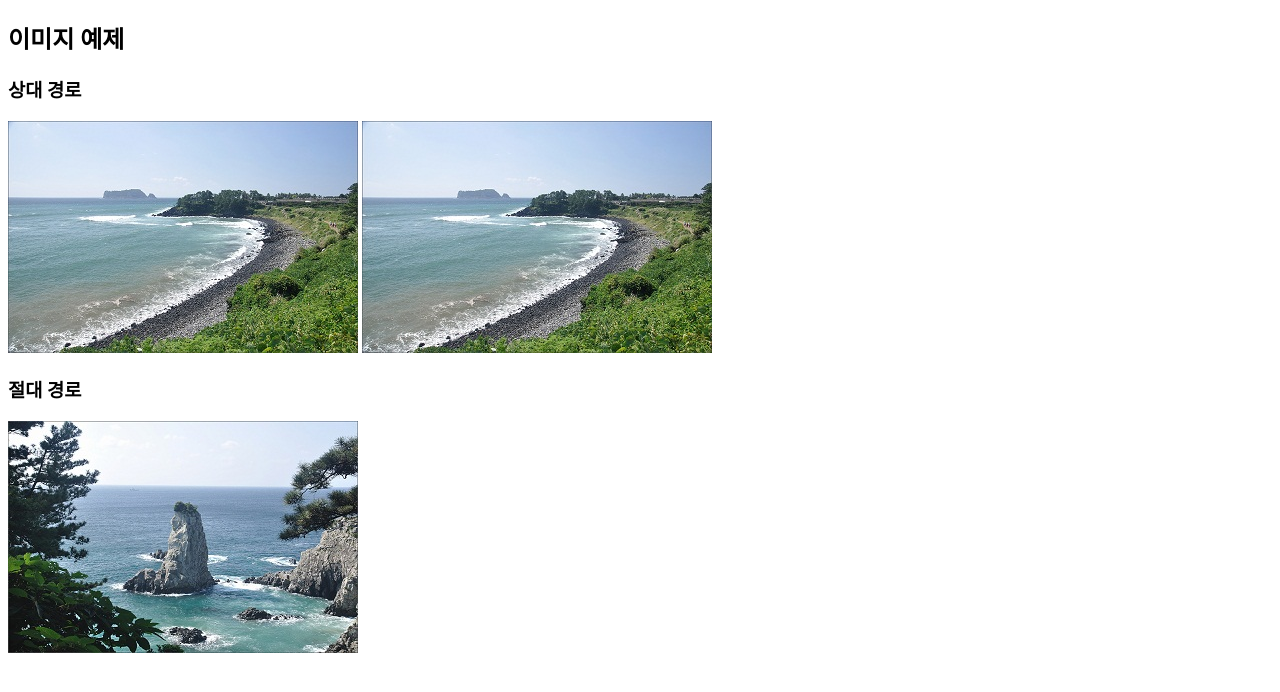
Repository: angelSuho/KCC_Learning_Repo
Page: Html/WebContent/1번폴더/image2.html
An editor plug-in stored every save of this project. The page is shown before and after the next save, followed by the edit.
The browser window is 1280 px wide. The pictures show the whole page.

Above is the page before, as saved 2024-07-08 03:17:19.

### Html/WebContent/1번폴더/image2.html
<!DOCTYPE html>
<html>
<head>
<meta charset="UTF-8">
<title>Insert title here</title>
</head>
<body>
	<h2>이미지 예제</h2>
	<h3>상대 경로</h3>
	<img src="images/road1.jpg" alt=""/>
	<img src="../images/road1.jpg" alt=""/>
	<h3>절대 경로</h3>
	<img src="/Html/images/road2.jpg" alt=""/>
</body>
</html>

After the next save:
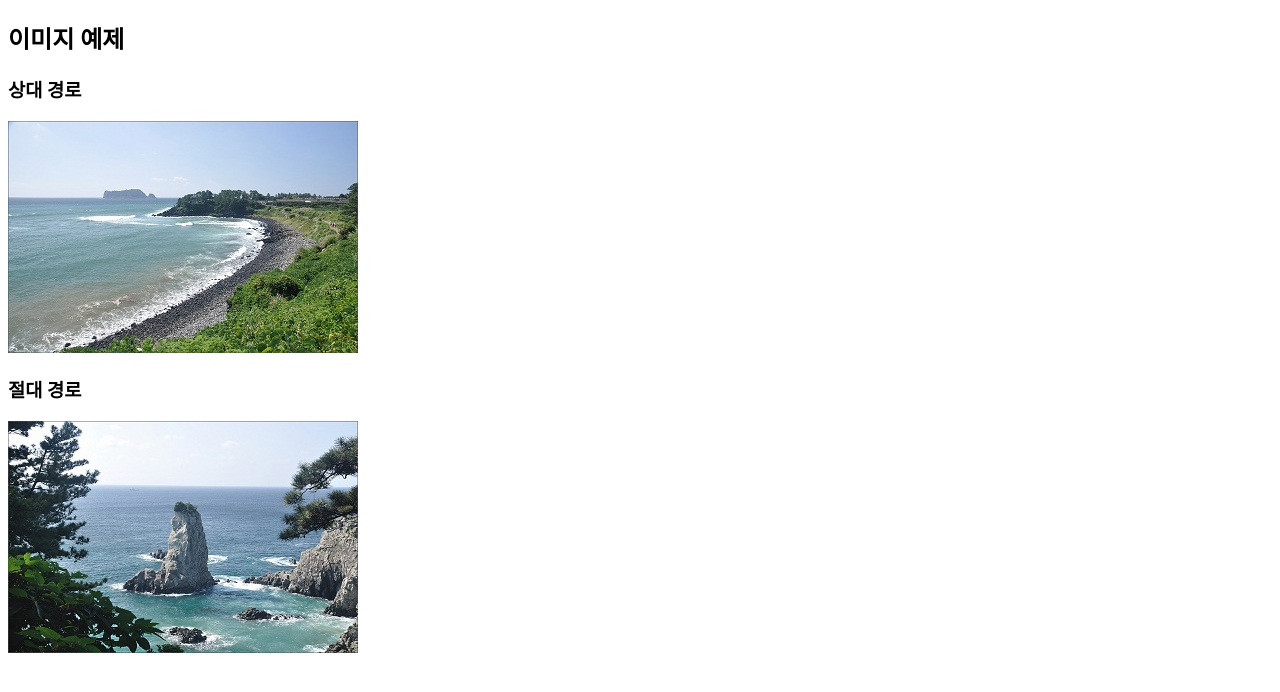
Saved 20 s later.
--- a/Html/WebContent/1번폴더/image2.html
+++ b/Html/WebContent/1번폴더/image2.html
@@ -7,7 +7,7 @@
 <body>
 	<h2>이미지 예제</h2>
 	<h3>상대 경로</h3>
-	<img src="images/road1.jpg" alt=""/>
+	<!-- <img src="images/road1.jpg" alt=""/> -->
 	<img src="../images/road1.jpg" alt=""/>
 	<h3>절대 경로</h3>
 	<img src="/Html/images/road2.jpg" alt=""/>
